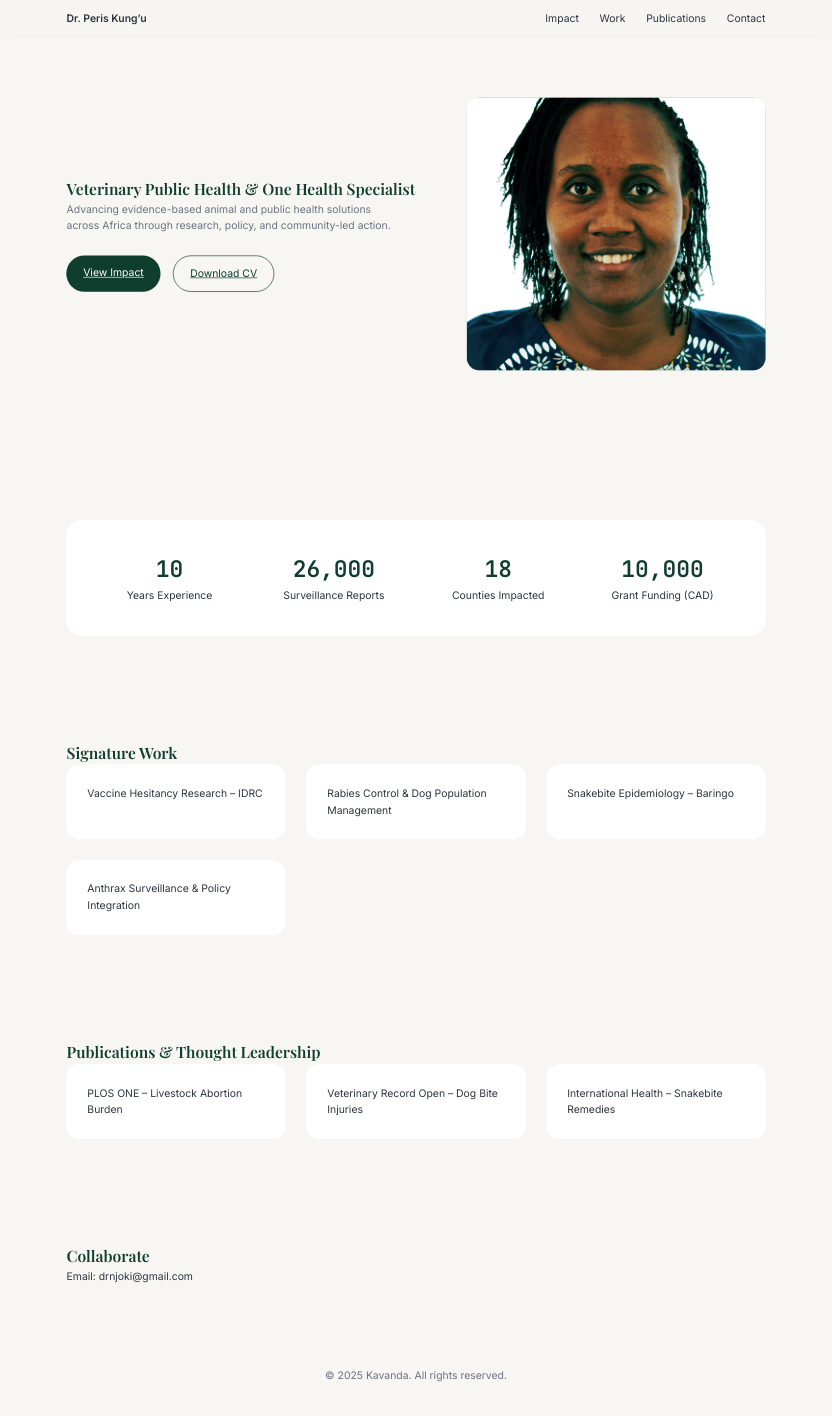
Repository: ladygit-comits/Peris_Portfolio
Page: index.html
These files come from the project's save history. The page is drawn as it stood at one moment and after the next save; the edit follows.
The browser window is 1280 px wide. The pictures show the whole page, at 65% of full size.

Above is the page before, as saved 2026-01-01 20:38:21.

### index.html
<!DOCTYPE html>
<html lang="en">
<head>
  <meta charset="UTF-8" />
  <meta name="viewport" content="width=device-width, initial-scale=1.0" />
  <title>Dr. Peris Kung’u | Veterinary Public Health</title>

  <!-- Google Fonts -->
  <link href="https://fonts.googleapis.com/css2?family=Playfair+Display:wght@400;600&family=Inter:wght@300;400;500;600&family=JetBrains+Mono:wght@400;600&display=swap" rel="stylesheet">

  <link rel="stylesheet" href="style.css" />
</head>
<body>

<nav>
  <strong>Dr. Peris Kung’u</strong>
  <ul>
    <li><a href="#impact">Impact</a></li>
    <li><a href="#work">Work</a></li>
    <li><a href="#publications">Publications</a></li>
    <li><a href="#contact">Contact</a></li>
  </ul>
</nav>

<section class="hero">
  <div class="hero-text">
    <h1>Veterinary Public Health & One Health Specialist</h1>
    <p>
      Advancing evidence-based animal and public health solutions across Africa through research, policy, and community-led action.
    </p>
    <div class="cta">
      <a class="btn primary" href="#work">View Impact</a>
      <a class="btn secondary" href="#">Download CV</a>
    </div>
  </div>
  <div class="hero-img"></div>
</section>

<section id="impact">
  <div class="stats">
    <div class="stat">
      <h3 data-count="10">0</h3>
      <p>Years Experience</p>
    </div>
    <div class="stat">
      <h3 data-count="26000">0</h3>
      <p>Surveillance Reports</p>
    </div>
    <div class="stat">
      <h3 data-count="18">0</h3>
      <p>Counties Impacted</p>
    </div>
    <div class="stat">
      <h3 data-count="10000">0</h3>
      <p>Grant Funding (CAD)</p>
    </div>
  </div>
</section>

<section id="work">
  <h2>Signature Work</h2>
  <div class="grid">
    <div class="card">Vaccine Hesitancy Research – IDRC</div>
    <div class="card">Rabies Control & Dog Population Management</div>
    <div class="card">Snakebite Epidemiology – Baringo</div>
    <div class="card">Anthrax Surveillance & Policy Integration</div>
  </div>
</section>

<section id="publications">
  <h2>Publications & Thought Leadership</h2>
  <div class="grid">
    <div class="card">PLOS ONE – Livestock Abortion Burden</div>
    <div class="card">Veterinary Record Open – Dog Bite Injuries</div>
    <div class="card">International Health – Snakebite Remedies</div>
  </div>
</section>

<section id="contact">
  <h2>Collaborate</h2>
  <p>Email: drnjoki@gmail.com</p>
</section>

<footer>
 © 2025 Kavanda. All rights reserved.
</footer>

<script src="script.js"></script>
</body>
</html>

### style.css
:root {
  --primary: #0F3D2E;
  --accent: #C9A24D;
  --bg: #F7F6F2;
  --text: #2E3440;
  --muted: #6B7280;
}

* {
  margin: 0;
  padding: 0;
  box-sizing: border-box;
}

body {
  font-family: 'Inter', sans-serif;
  background: var(--bg);
  color: var(--text);
  line-height: 1.6;
}

section {
  padding: 5rem 8%;
}

h1, h2, h3 {
  font-family: 'Playfair Display', serif;
  color: var(--primary);
}

/* NAV */
nav {
  position: fixed;
  top: 0;
  width: 100%;
  background: rgba(247,246,242,0.9);
  backdrop-filter: blur(10px);
  padding: 1rem 8%;
  display: flex;
  justify-content: space-between;
  align-items: center;
  z-index: 1000;
}

nav ul {
  list-style: none;
  display: flex;
  gap: 2rem;
}

nav a {
  text-decoration: none;
  color: inherit;
}

nav a:hover {
  color: var(--accent);
}

/* HERO */
.hero {
  min-height: 100vh;
  display: grid;
  grid-template-columns: 1.2fr 1fr;
  align-items: center;
  gap: 4rem;
}

.hero p {
  max-width: 520px;
  color: var(--muted);
}

.hero-img {
  height: 420px;
  border-radius: 20px;
  background:
    linear-gradient(135deg, #0F3D2E, #1f6b52),
    url('images/peris.jpeg');
  background-size: cover;
  background-position: center;
  background-blend-mode: overlay;
}


.cta {
  margin-top: 2rem;
  display: flex;
  gap: 1.2rem;
}

.btn {
  padding: 0.9rem 1.6rem;
  border-radius: 30px;
  transition: 0.3s ease;
}

.btn.primary {
  background: var(--primary);
  color: #fff;
}

.btn.secondary {
  border: 1px solid var(--primary);
  color: var(--primary);
}

.btn:hover {
  transform: translateY(-2px);
}

/* STATS */
.stats {
  background: #fff;
  border-radius: 24px;
  padding: 3rem;
  display: grid;
  grid-template-columns: repeat(4, 1fr);
  gap: 2rem;
}

.stat {
  text-align: center;
}

.stat h3 {
  font-family: 'JetBrains Mono', monospace;
  font-size: 2.2rem;
}

/* GRID */
.grid {
  display: grid;
  grid-template-columns: repeat(auto-fit, minmax(280px, 1fr));
  gap: 2rem;
}

.card {
  background: #fff;
  padding: 2rem;
  border-radius: 20px;
  transition: 0.3s ease;
}

.card:hover {
  transform: translateY(-6px);
}

footer {
  text-align: center;
  padding: 3rem;
  color: var(--muted);
}

@media (max-width: 900px) {
  .hero {
    grid-template-columns: 1fr;
  }
  .stats {
    grid-template-columns: repeat(2, 1fr);
  }
}

### script.js
const counters = document.querySelectorAll('[data-count]');

function animateCounters() {
  counters.forEach(counter => {
    const target = +counter.dataset.count;
    let count = 0;
    const increment = target / 80;

    function update() {
      count += increment;
      if (count < target) {
        counter.innerText = Math.ceil(count);
        requestAnimationFrame(update);
      } else {
        counter.innerText = target.toLocaleString();
      }
    }

    update();
  });
}

window.addEventListener('load', animateCounters);

After the next save:
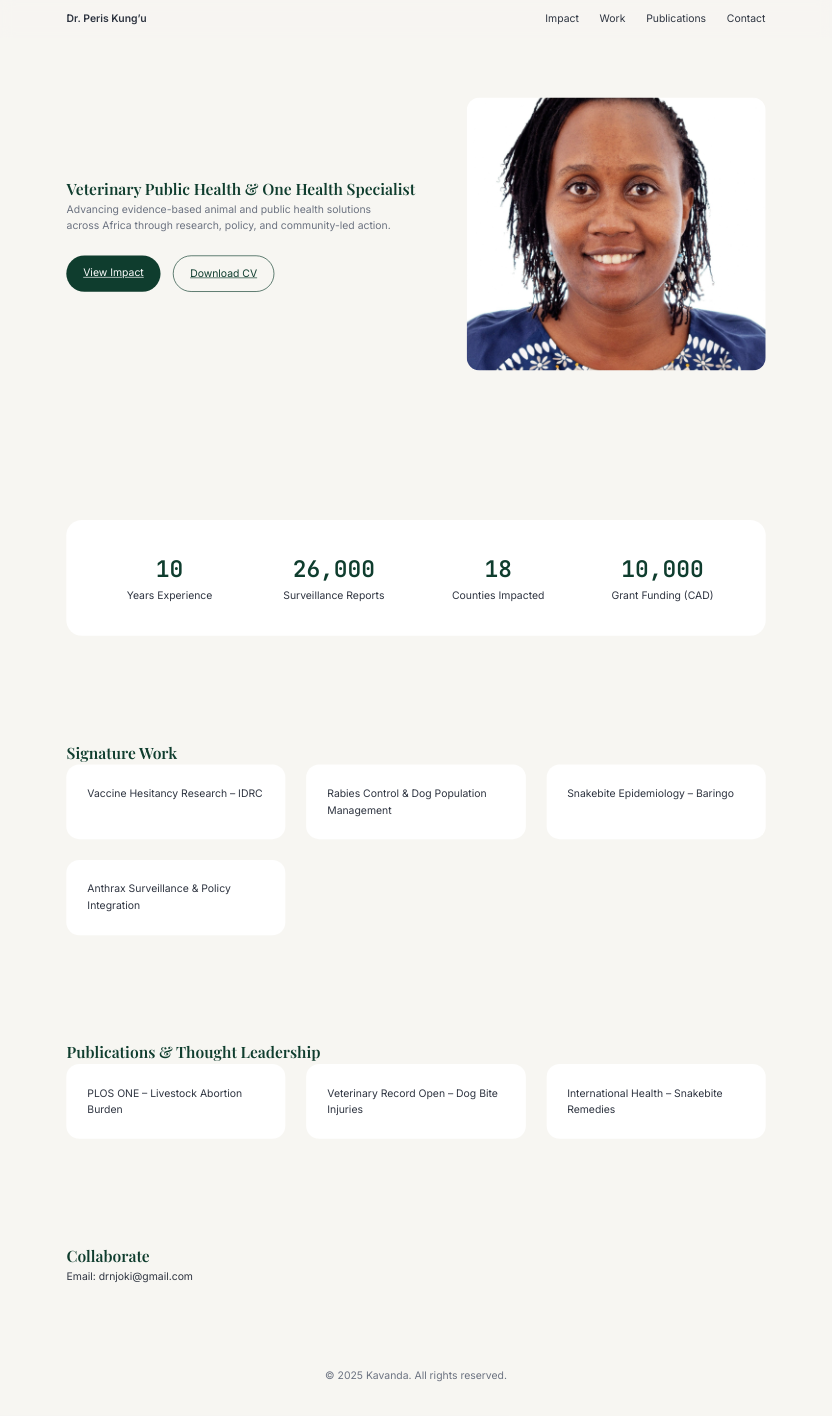
Saved 32 s later.
--- a/style.css
+++ b/style.css
@@ -75,7 +75,7 @@ nav a:hover {
   height: 420px;
   border-radius: 20px;
   background:
-    linear-gradient(135deg, #0F3D2E, #1f6b52),
+
     url('images/peris.jpeg');
   background-size: cover;
   background-position: center;
